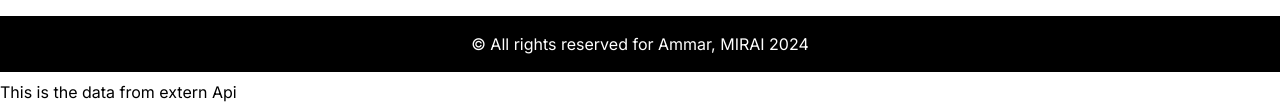
Repository: aobeid1979/MIRAI_V2
Page: /services (app in mirai-vt/)
These files come from the project's save history. The page is drawn as it stood at one moment and after the next save; the edit follows.
The browser window is 1280 px wide. The pictures show the part of the page from y = 800 to 1600 px (the page is 904 px tall before and 1600 px after).
The page's requests for data from a server got no answer. The project was rebuilt for these pictures with package versions that can differ from the ones it lists, and the page was loaded fresh each time. The framework's server and built-in components were replaced by stand-ins that run in the browser. No one was signed in, and anything a server would have sent is missing. Also part of the build but not shown: mirai-vt/next.config.mjs.

Above is the page before, as saved 2024-05-14 11:31:30.

### mirai-vt/src/app/services/layout.js
export default function PageLayout({ children }) {
    return (
      <div className="page-layout">
        {/* Add your page-specific layout here */}
        {children}
      </div>
    );
  }

### mirai-vt/src/app/services/page.jsx
'use client';
import { useEffect, useState } from 'react';
import Navbar from '@/components/Navbar';
import PageLayout from './layout';
import Footer from '@/components/Footer';
import dji122Image from '../../../public/images/högt3.jpg';

export default function Page() {
  const [data, setData] = useState(null);
  useEffect(() => {
    fetch('https://jsonplaceholder.typicode.com/posts/1')
      .then((response) => response.json())
      .then((json) => setData(json));
  }, []);
  return (
    <PageLayout>
      <Navbar />

      <section
        className="bg-black border-b border-indigo-500 py-20 mb-4"
        style={{
          backgroundImage: `url(${dji122Image.src})`,
          backgroundPosition: 'center',
          backgroundRepeat: 'no-repeat',
          backgroundSize: 'cover',
          width: '100vw',
          height: '100vh',
        }}
      >
        <div className="flex justify-center items-start min-h-screen pt-20">
          <p className="text-white text-center md:text-left">
            This is Service Page
          </p>
        </div>
        <div>
          <p>This is the data from extern Api</p>
          {data && (
            <div>
              {data && (
                <div className="text-white">
                  <p>
                    <strong>User ID:</strong> {data.userId}
                  </p>
                  <p>
                    <strong>ID:</strong> {data.id}
                  </p>
                  <p>
                    <strong>Title:</strong> {data.title}
                  </p>
                  <p>
                    <strong>Body:</strong> {data.body}
                  </p>
                </div>
              )}
            </div>
          )}
        </div>
      </section>

      <Footer />
    </PageLayout>
  );
}

### mirai-vt/src/app/globals.css
@tailwind base;
@tailwind components;
@tailwind utilities;

  /* Path: src/app/globals.css
:root {
  --foreground-rgb: 0, 0, 0;
  --background-start-rgb: 214, 219, 220;
  --background-end-rgb: 255, 255, 255;
}

@media (prefers-color-scheme: dark) {
  :root {
    --foreground-rgb: 255, 255, 255;
    --background-start-rgb: 0, 0, 0;
    --background-end-rgb: 0, 0, 0;
  }
}

body {
  color: rgb(var(--foreground-rgb));
  background: linear-gradient(
      to bottom,
      transparent,
      rgb(var(--background-end-rgb))
    )
    rgb(var(--background-start-rgb));
}

@layer utilities {
  .text-balance {
    text-wrap: balance;
  }
}
*/

### mirai-vt/src/components/Navbar.jsx
'use client';
import React, { useState } from 'react';
import Link from 'next/link';

const Navbar = () => {
  const [isMenuOpen, setIsMenuOpen] = useState(false);

  const toggleMenu = () => {
    setIsMenuOpen(!isMenuOpen);
  };

  return (
    <nav className="bg-black p-4">
      <div className="max-w-7xl mx-auto px-4">
        <div className="flex justify-between">
          <div className="flex items-center">
            <a>
              <img
                src="/images/miraiLogo.png"
                alt="Mirai Logo"
                className="h-12"
              />
            </a>
            <Link href="/" passHref>
              <p className="text-white text-xl font-bold">Mirai</p>
            </Link>
          </div>
          <div className="md:flex md:items-center md:space-x-4">
            <ul
              className={`md:flex space-x-4 ${isMenuOpen ? 'block' : 'hidden'}`}
            >
              <li>
                <Link href="/" passHref>
                  <p className="text-white hover:text-gray-300">Home</p>
                </Link>
              </li>
              <li>
                <Link href="/about" passHref>
                  <p className="text-white hover:text-gray-300">About</p>
                </Link>
              </li>
              <li>
                <Link href="/services" passHref>
                  <p className="text-white hover:text-gray-300">Services</p>
                </Link>
              </li>
              <li>
                <Link href="/contact" passHref>
                  <p className="text-white hover:text-gray-300">Contact</p>
                </Link>
              </li>
            </ul>
          </div>
          <div className="md:hidden">
            {/* Mobile menu button */}
            <button
              className="text-white focus:outline-none"
              onClick={toggleMenu}
              aria-expanded={isMenuOpen}
            >
              <svg
                className="h-6 w-6"
                fill="none"
                viewBox="0 0 24 24"
                stroke="currentColor"
              >
                <path
                  strokeLinecap="round"
                  strokeLinejoin="round"
                  strokeWidth="2"
                  d="M4 6h16M4 12h16M4 18h16"
                ></path>
              </svg>
            </button>
          </div>
        </div>
      </div>
    </nav>
  );
};

export default Navbar;

### mirai-vt/src/components/Footer.jsx
import React from 'react';

const Footer = () => {
  return (
    <footer className="bg-black text-white text-center py-4">
      <p>&copy; All rights reserved for Ammar, MIRAI 2024</p>
    </footer>
  );
};

export default Footer;

Loaded but not shown: mirai-vt/src/app/layout.js (common file); mirai-vt/tailwind.config.js (common file)

After the next save:
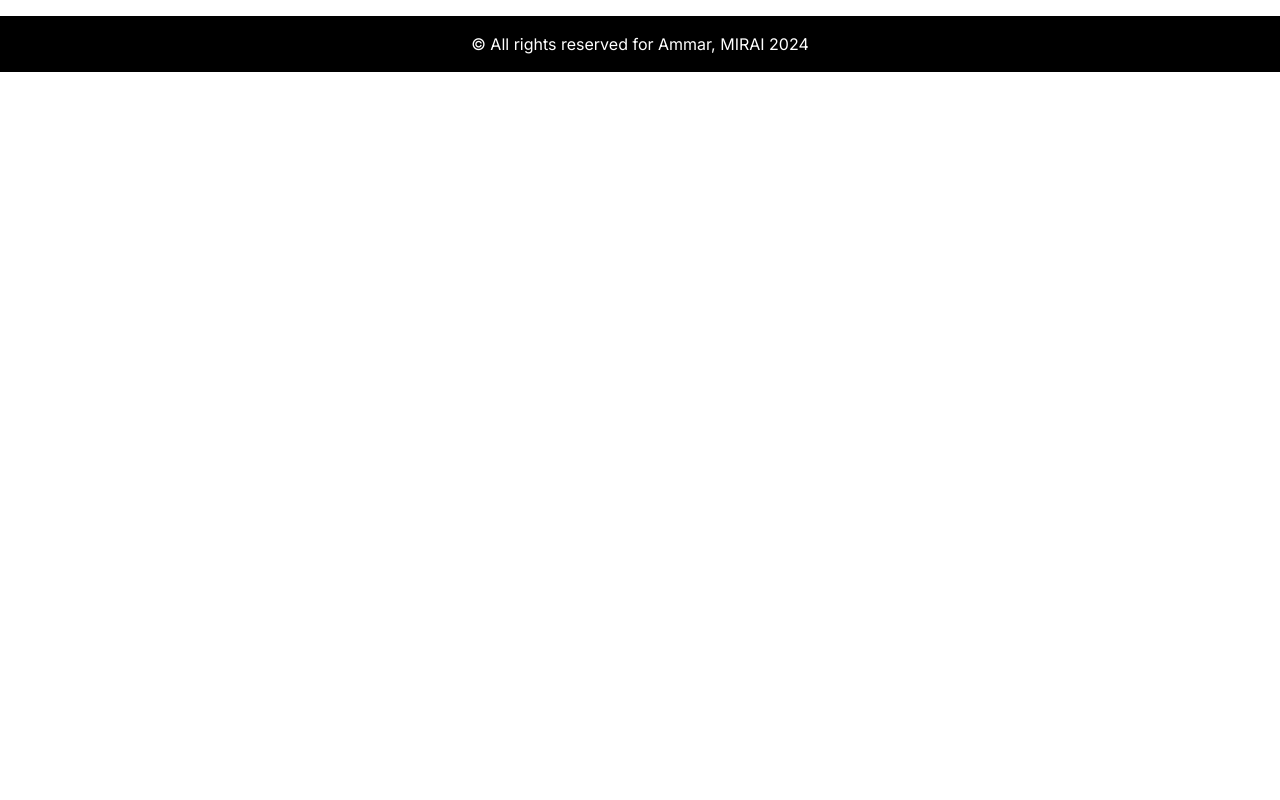
Saved 104 s later.
--- a/mirai-vt/src/app/services/page.jsx
+++ b/mirai-vt/src/app/services/page.jsx
@@ -32,8 +32,10 @@ export default function Page() {
             This is Service Page
           </p>
         </div>
-        <div>
-          <p>This is the data from extern Api</p>
+        <div className="flex justify-center items-start min-h-screen pt-20">
+          <p className="text-white text-center md:text-left">
+            This is the data from extern Api
+          </p>
           {data && (
             <div>
               {data && (
